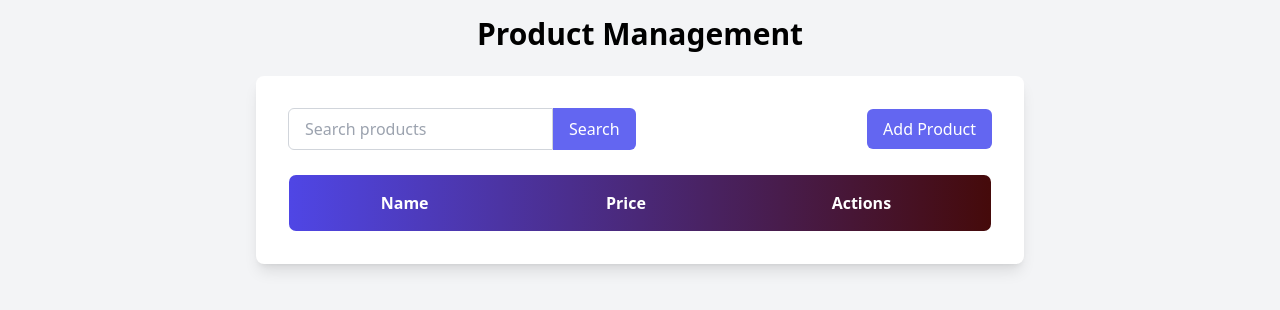
Repository: shaafsalman/product-Management-MERN
Page: /home (app in frontend/)
These files come from the project's save history. The page is drawn as it stood at one moment and after the next save; the edit follows.
The browser window is 1280 px wide. The pictures show the whole page.
The page's requests for data from a server got no answer. The project was rebuilt for these pictures with package versions that can differ from the ones it lists, and the page was loaded fresh each time. No one was signed in, and anything a server would have sent is missing. Also part of the build but not shown: frontend/vite.config.js, frontend/src/Cards/messageCard.jsx, frontend/src/Pages/Login.jsx, frontend/src/Pages/SighnUp.jsx, frontend/src/Pages/NoPage.jsx, frontend/src/Pages/AddProduct.jsx.

Above is the page before, as saved 2024-05-15 07:43:02.

### frontend/src/App.jsx
import React from 'react';
import { BrowserRouter as Router, Routes, Route, Navigate } from 'react-router-dom';
import Login from "./Pages/Login"
import Signup from "./Pages/SighnUp"
import NoPage from './Pages/NoPage';
import Home from './Pages/Home';

const App = () => {
  return (
    <div className="App">
      <Router>
        <div>
          <Routes>
            <Route path="/" element={<Login/>} />
            <Route path="/login" element={<Login />} />
            <Route path="/login" element={<Login />} />
            <Route path="/signup" element={<Signup />} />
            <Route path="/register" element={<Signup />} />
            <Route path="/home" element={<Home />} />
            <Route path="/*" element={<NoPage />} />
          </Routes>
        </div>
      </Router>
    </div>
  );
};


export default App;

### frontend/src/index.css
@tailwind base;
@tailwind components;
@tailwind utilities;


*
{
  margin: 0;
  padding: 0;
  box-sizing: border-box;
}

body,html
{
  background-color:silver
}

### frontend/src/Pages/Home.jsx
import React, { useState, useEffect } from 'react';
import AddProduct from './AddProduct';
import axios from 'axios';
import MessageCard from './../Cards/messageCard'

const Home = () => {
  const [products, setProducts] = useState([]);
  const [searchTerm, setSearchTerm] = useState('');
  const [searchResults, setSearchResults] = useState([]);
  const [showAddProduct, setShowAddProduct] = useState(false);
  const [message, setMessage] = useState(null); // State for message

  useEffect(() => {
    fetchProducts();
  }, []);

  useEffect(() => {
    const timer = setTimeout(() => {
      setMessage(null);
    }, 4000);
    return () => clearTimeout(timer);
  }, [message]);

  const fetchProducts = async () => {
    try {
      const response = await axios.get('http://localhost:8080/api/products/');
      setProducts(response.data || []);
      setSearchResults(response.data || []);
      console.log('data from response: ', response.data);
      console.log('Search Results:', searchResults);
    } catch (error) {
      console.error('Error fetching products:', error);
    }
};

  const handleSearch = () => {
    const results = products.filter(product =>
      product.name.toLowerCase().includes(searchTerm.toLowerCase())
    );
    setSearchResults(results);
  };

  const showAdd = () => {
    setShowAddProduct(true);
  };

  const toggleAddProduct = () => {
    setShowAddProduct(!showAddProduct);
  };

  const handleUpdateProduct = async (productId, updatedProduct) => {
    try {
      const response = await axios.put(`http://localhost:8080/api/products/${productId}`, updatedProduct);
      const updatedProducts = products.map(product =>
        product._id === productId ? response.data : product
      );
      setProducts(updatedProducts);
      setSearchResults(updatedProducts);
      setMessage({ Heading: 'Success', Message: 'Product updated successfully!' }); // Set success message
    } catch (error) {
      console.error('Error updating product:', error);
      setMessage({ Heading: 'Error', Message: 'Failed to update product' }); // Set error message
    }
  };

  const handleDeleteProduct = async (productId) => {
    try {
      await axios.delete(`http://localhost:8080/api/products/${productId}`);
      const updatedProducts = products.filter(product => product._id !== productId);
      setProducts(updatedProducts);
      setSearchResults(updatedProducts);
      setMessage({ Heading: 'Success', Message: 'Product deleted successfully!' }); // Set success message
    } catch (error) {
      console.error('Error deleting product:', error);
      setMessage({ Heading: 'Error', Message: 'Failed to delete product' }); // Set error message
    }
  };

  return (
    <div className="flex flex-col items-center min-h-screen bg-gray-100 p-4">
      <h1 className="text-3xl font-semibold mb-6">Product Management</h1>
      {message && (
        <MessageCard Heading={message.Heading} Message={message.Message} onClose={() => setMessage(null)} />
      )}
      <div className="w-full max-w-screen-md bg-white shadow-lg rounded-lg p-8">
        <div className="flex items-center justify-between mb-6">
          <div className="flex">
            <input
              type="text"
              placeholder="Search products"
              value={searchTerm}
              onChange={(e) => setSearchTerm(e.target.value)}
              className="px-4 py-2 border border-gray-300 rounded-l-md focus:outline-none focus:border-indigo-500"
            />
            <button
              onClick={handleSearch}
              className="px-4 py-2 bg-indigo-500 text-white rounded-r-md hover:bg-indigo-600 focus:outline-none focus:bg-indigo-600"
            >
              Search
            </button>
          </div>
          <button
            onClick={showAdd}
            className="px-4 py-2 bg-indigo-500 text-white rounded-md hover:bg-indigo-600 focus:outline-none focus:bg-indigo-600"
          >
            Add Product
          </button>
        </div>
        <table className="w-full border-collapse border border-gray-300 rounded-lg overflow-hidden">
  <thead>
    <tr className="bg-gradient-to-r from-indigo-600 to-red-950 text-white">
      <th className="px-6 py-4 text-center">Name</th>
      <th className="px-6 py-4 text-center">Price</th>
      <th className="px-6 py-4 text-center">Actions</th>
    </tr>
  </thead>
  <tbody>
    {searchResults.map((product, index) => (
      <tr key={index} className={"bg-transparent "}>
        <td className="px-6 py-4 text-center text-gray-800">{product.name}</td>
        <td className="px-6 py-4 text-center text-gray-800">{product.price}</td>
        <td className="px-6 py-4 space-x-2 flex justify-center">
          <button
            onClick={() => handleUpdateProduct(product._id, { name: 'Updated Name', price: 0 })}
            className="px-4 py-2 bg-indigo-600 text-white rounded-md hover:bg-indigo-700 focus:outline-none focus:bg-indigo-700 transition duration-300"
          >
            Update
          </button>
          <button
            onClick={() => handleDeleteProduct(product._id)}
            className="px-4 py-2 bg-purple-600 text-white rounded-md hover:bg-purple-700 focus:outline-none focus:bg-purple-700 transition duration-300"
          >
            Delete
          </button>
        </td>
      </tr>
    ))}
  </tbody>
</table>









      </div>
      {showAddProduct && (
        <div className="fixed top-0 left-0 w-full h-full bg-gray-900 bg-opacity-75 flex justify-center items-center">
          <AddProduct onClose={toggleAddProduct} setMessage={setMessage} /> // Pass setMessage to AddProduct
        </div>
      )}
    </div>
  );
};

export default Home;

Loaded but not shown: frontend/index.html (common file); frontend/src/main.jsx (common file); frontend/tailwind.config.js (common file)

After the next save:
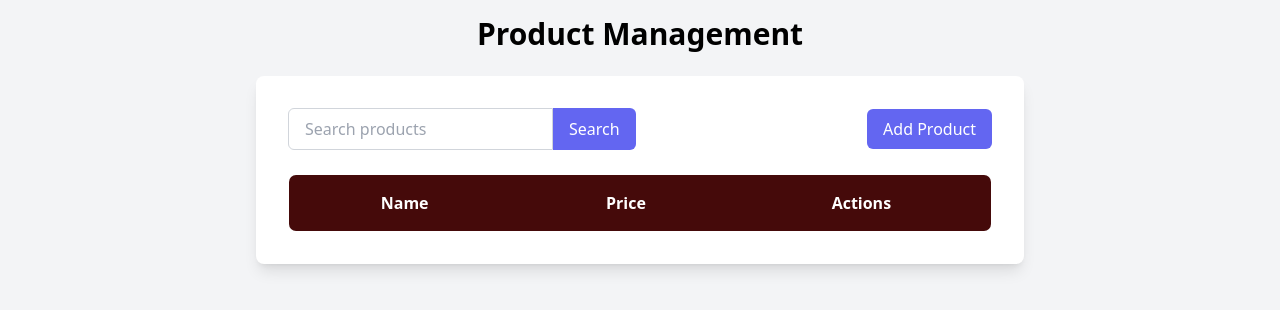
Saved 6 s later.
--- a/frontend/src/Pages/Home.jsx
+++ b/frontend/src/Pages/Home.jsx
@@ -108,7 +108,7 @@ const Home = () => {
         </div>
         <table className="w-full border-collapse border border-gray-300 rounded-lg overflow-hidden">
   <thead>
-    <tr className="bg-gradient-to-r from-indigo-600 to-red-950 text-white">
+    <tr className="bg-gradient-to-r from-red-950 to-red-950 text-white">
       <th className="px-6 py-4 text-center">Name</th>
       <th className="px-6 py-4 text-center">Price</th>
       <th className="px-6 py-4 text-center">Actions</th>
